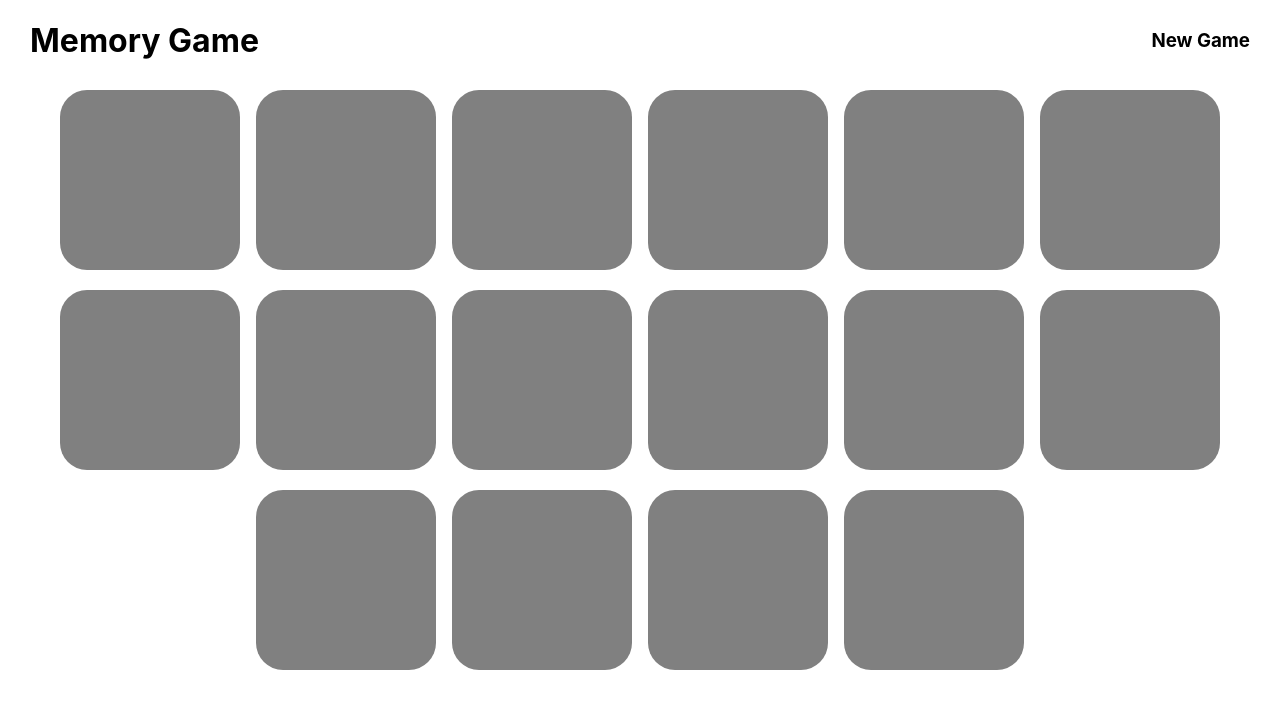
Repository: sokafootball/memory_game
Page: /
An editor plug-in stored every save of this project. The page is shown before and after the next save, followed by the edit.
The browser window is 1280 px wide. The pictures show the whole page.
The project was rebuilt for these pictures with package versions that can differ from the ones it lists, and the page was loaded fresh each time.

Above is the page before, as saved 2019-01-21 12:47:23.

After the next save:
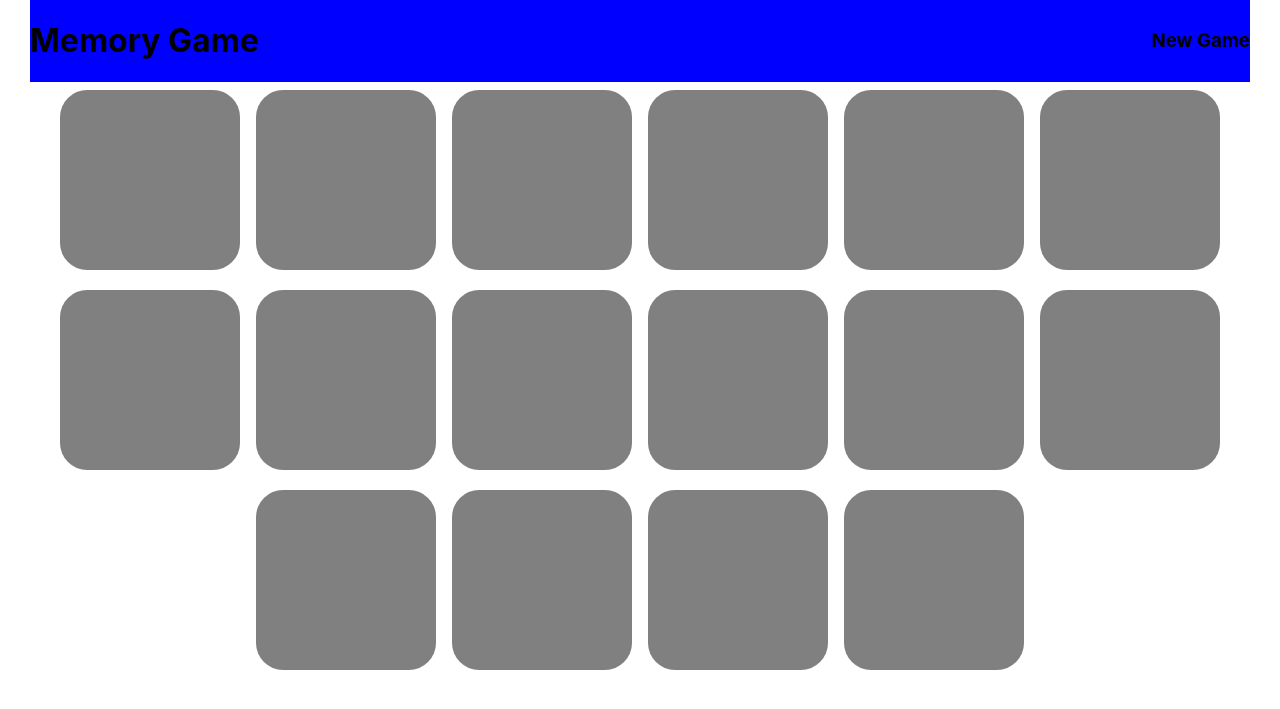
Saved 2 min 11 s later.
--- a/src/Navbar.css
+++ b/src/Navbar.css
@@ -3,6 +3,7 @@ h3 {
 }
 
 .mainBar {
+  background: #0000ff;
   margin: 0px 30px;
   display: flex;
   justify-content: space-between;
